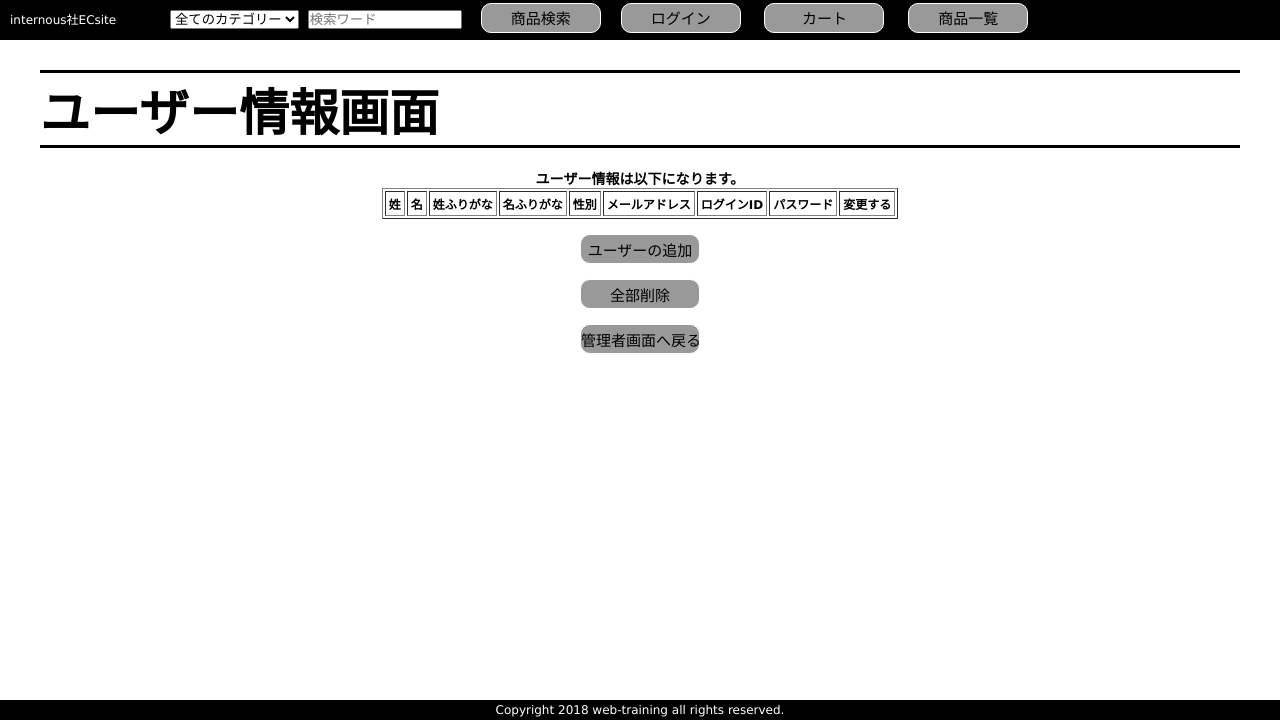
Repository: geeta333/ECsite
Page: http://localhost/web-training/userInfo.jsp
The author's editor kept a copy of each file at every save. The page is drawn from the files as they stood at one save, then again after the next save.
The browser window is 1280 px wide. The pictures show the whole page.
The page is served by Tomcat 9.

Above is the page before, as saved 2018-07-27 06:48:45.

After the next save:
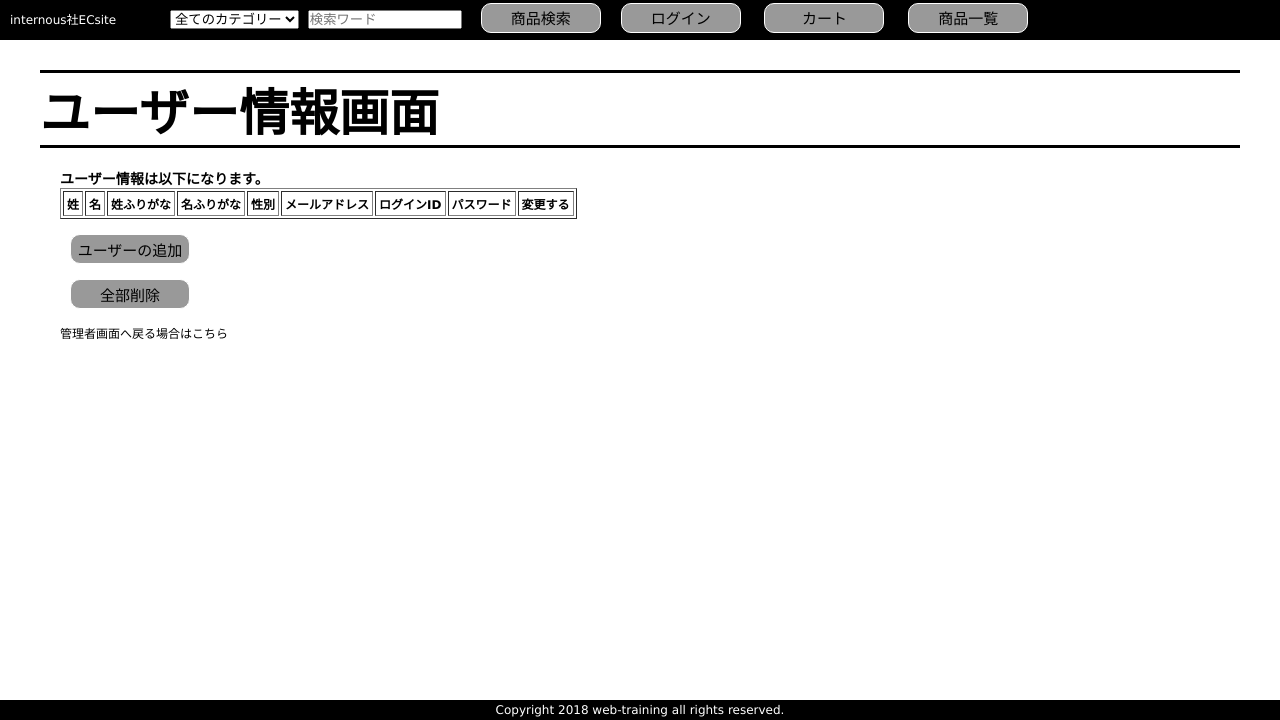
Saved 38 s later.
--- a/web-training/WebContent/userInfo.jsp
+++ b/web-training/WebContent/userInfo.jsp
@@ -15,9 +15,9 @@
 		<div id="top">
 			<h1>ユーザー情報画面</h1>
 		</div>
-		<div class="center">
+		<div class="marginLeft">
 			<h3>ユーザー情報は以下になります。</h3>
-			<table border="1" class="ShowData marginAuto">
+			<table border="1" class="ShowData">
 				<tr>
 					<th>姓</th>
 					<th>名</th>
@@ -70,9 +70,9 @@
 			<s:if test="message != null">
 				<h3><s:property value="message"/></h3>
 			</s:if>
-			<s:form action="GoAdministratorAction" class="marginTop">
-				<s:submit value="管理者画面へ戻る" class="button"/>
-			</s:form>
+			<div  class="marginTop">
+				<p>管理者画面へ戻る場合は<a href='<s:url action="GoAdministratorAction" />'>こちら</a></p>
+			</div>
 		</div>
 	</div>
 	<jsp:include page="footer.jsp" />
